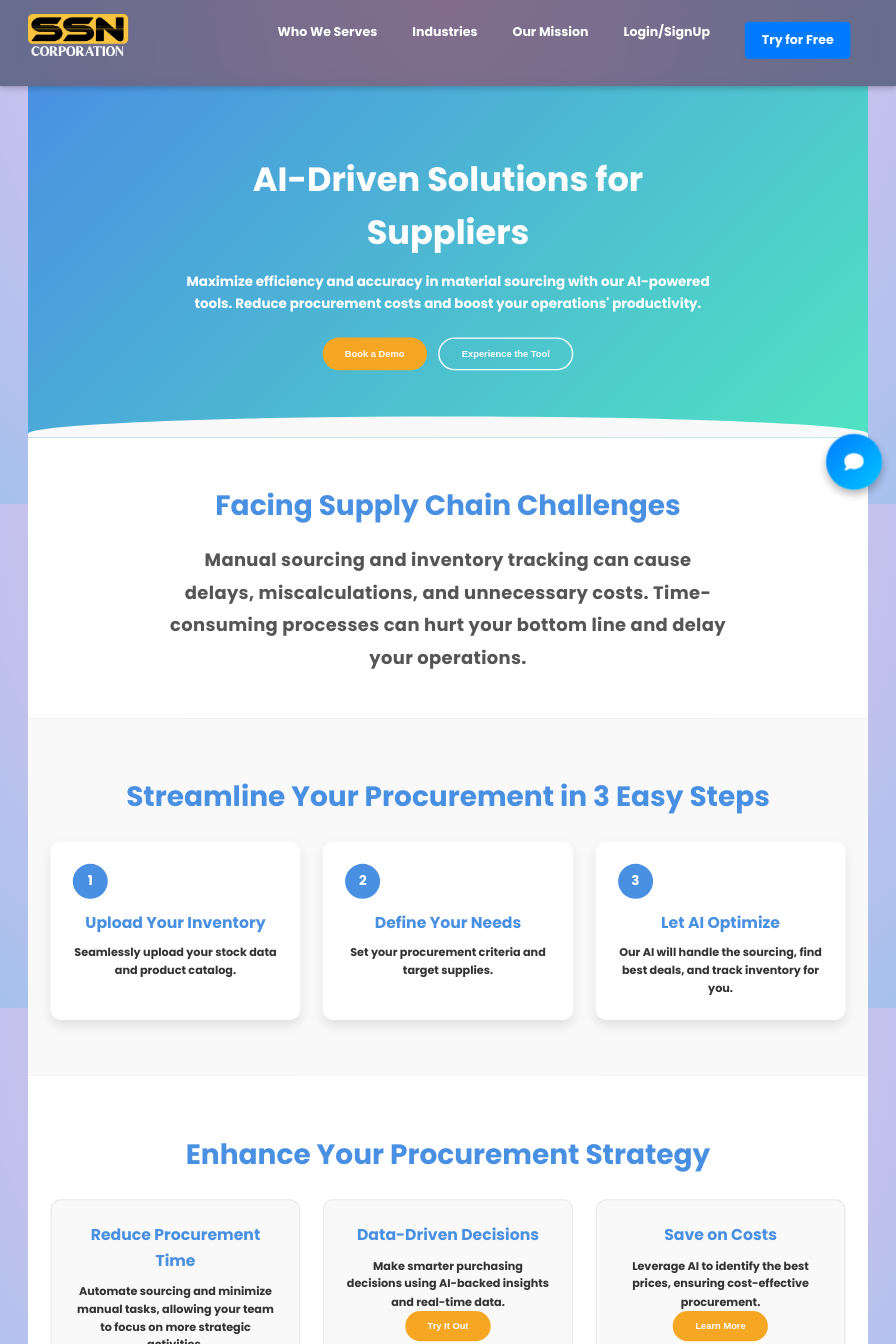
Repository: aabhashbasnet/SSNCorporation
Page: /who-we-serve/suppliers
The author's editor kept a copy of each file at every save. The page is drawn from the files as they stood at one save, then again after the next save.
The browser window is 1280 px wide. The pictures show the part of the page from y = 0 to 1920 px (the page is 3187 px tall before and 3136 px after), at 70% of full size.
The project was rebuilt for these pictures with package versions that can differ from the ones it lists, and the page was loaded fresh each time. Also part of the build but not shown: src/components/Main/Main.jsx, src/components/Working/Working.css, src/components/Working/Working.jsx, src/components/Footer/Footer.jsx, src/pages/OurMission/OurMission.jsx, src/pages/LoginSignUp/LoginSignUp.css, src/pages/LoginSignUp/LoginSignUp.jsx, src/pages/Industries/Industries.jsx and 12 more.

Above is the page before, as saved 2025-02-11 13:04:47.

After the next save:
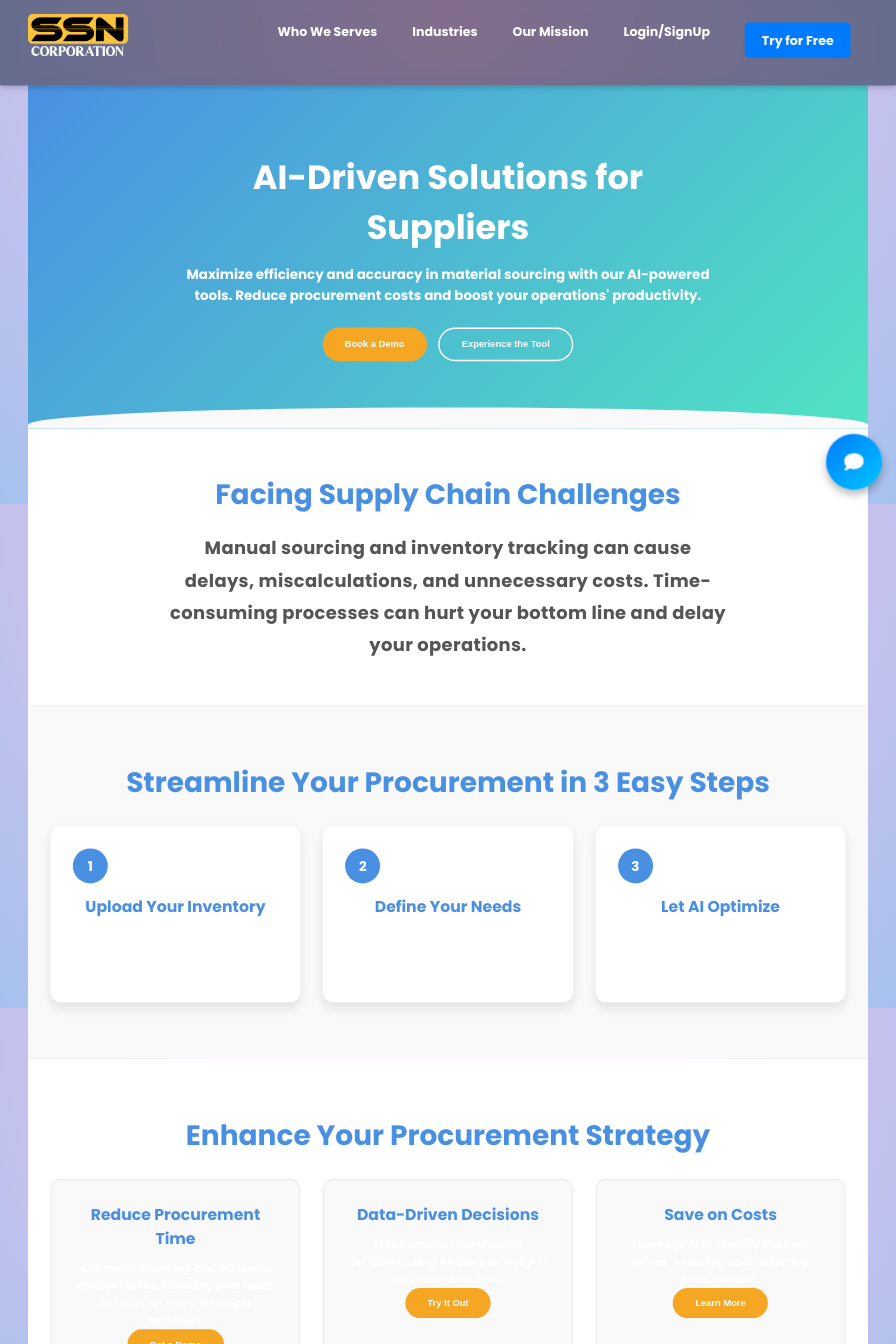
Saved 22 s later.
--- a/src/pages/WhoWeServe/Suppliers.css
+++ b/src/pages/WhoWeServe/Suppliers.css
@@ -7,12 +7,6 @@
     box-sizing: border-box;
   }
 
-  body {
-    font-family: 'Poppins', sans-serif;
-    /* background: #f9f9f9; */
-    color: #333333;
-    line-height: 1.6;
-  }
 
   /* Hero Section */
   .hero {

After the save that followed:
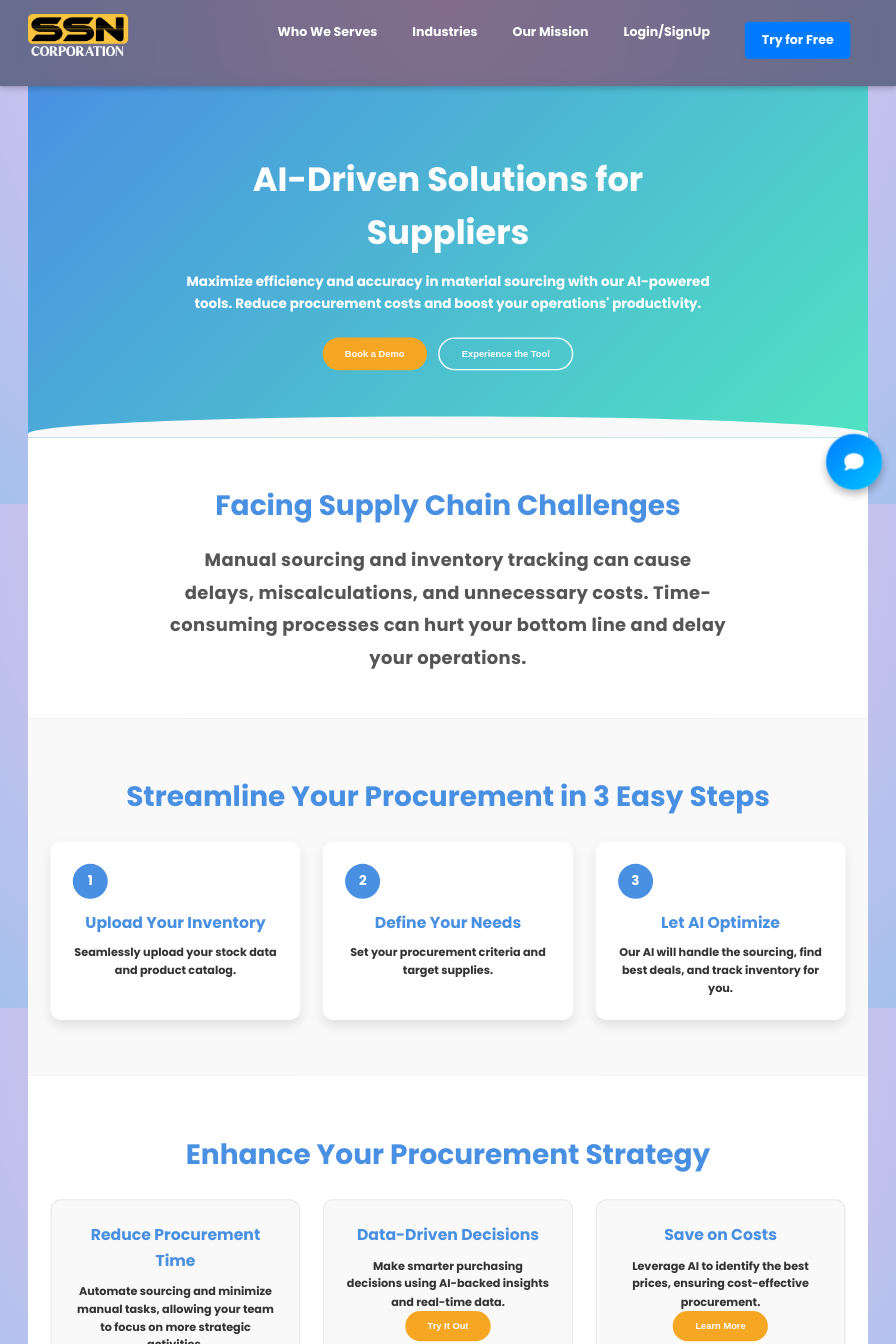
Saved 10 s later.
--- a/src/pages/WhoWeServe/Suppliers.css
+++ b/src/pages/WhoWeServe/Suppliers.css
@@ -7,6 +7,12 @@
     box-sizing: border-box;
   }
 
+  body {
+    font-family: 'Poppins', sans-serif;
+    /* background: #f9f9f9; */
+    color: #333333;
+    line-height: 1.6;
+  }
 
   /* Hero Section */
   .hero {
